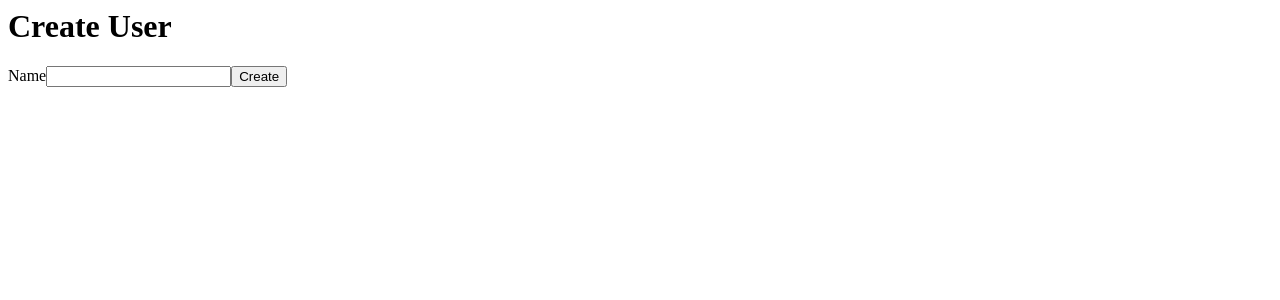
Repository: HuuNghi/nodeTokyo
Page: http://localhost/users/create
The author's editor kept a copy of each file at every save. The page is drawn from the files as they stood at one save, then again after the next save.
The browser window is 1280 px wide. The pictures show the whole page.
The page is served by the project's Node server (index.js). Other server files are loaded and not shown.

Above is the page before, as saved 2020-04-06 09:50:10.

### views/users/create.pug
h1 Create User
form(action="/users/create", method="POST")
  label Name
  input(type="text", name="name")
  button Create

### index.js
const express = require('express');
const bodyParser = require('body-parser');
const userRouter = require('./routers/user.router');

const port = 3000;
const app = express();

app.set('view engine', 'pug');
app.set('views', './views');
app.use(bodyParser.json()) // for parsing application/json
app.use(bodyParser.urlencoded({ extended: true }));
app.use('/users', userRouter);

app.listen(port, () => {
  console.log(`App listening on port ${port}`);
});

app.get('/', (req, res) => {
  res.render('index', {
    name: 'Nghi',
  });
});

### controllers/user.controller.js
const db = require('../db');
const shortid = require('shortid');

module.exports.index = (req, res) => {
  res.render('users/index', {
    users: db.get('users').value(),
    q: req.query.q,
  });
};

module.exports.search = (req, res) => {
  var q = req.query.q;
  var result = db.get('users').value().filter((user) => user.name.toLowerCase().indexOf(q.toLowerCase()) !== -1);
  console.log(result);
  res.render('users/index', {
    users: result ? result : db.get('users').value(),
    q,
  });
};

module.exports.createView = (req, res) => {
  res.render('users/create');
};

module.exports.create = (req, res) => {
  var name = req.body.name;
  if (name) {
    db.get('users').push({
      id: shortid.generate(),
      name
    }).write();
  }
  res.redirect('/users')
};

module.exports.view = (req, res) => {
  var id = req.params.id;
  var user = db.get('users').find({ id }).value();
  res.render('users/view', { user });
};

### views/layouts/common.pug
html
  head
    link(rel="stylesheet", href="https://stackpath.bootstrapcdn.com/bootstrap/4.4.1/css/bootstrap.min.css")
  body
    block content

After the next save:
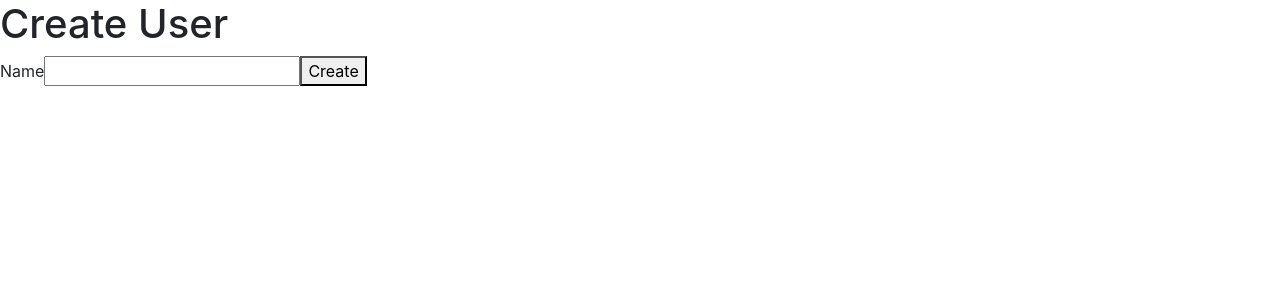
Saved 68 s later.
--- a/views/users/create.pug
+++ b/views/users/create.pug
@@ -1,5 +1,7 @@
-h1 Create User
-form(action="/users/create", method="POST")
-  label Name
-  input(type="text", name="name")
-  button Create
+extend ../layouts/common.pug
+block content
+  h1 Create User
+  form(action="/users/create", method="POST")
+    label Name
+    input(type="text", name="name")
+    button Create
